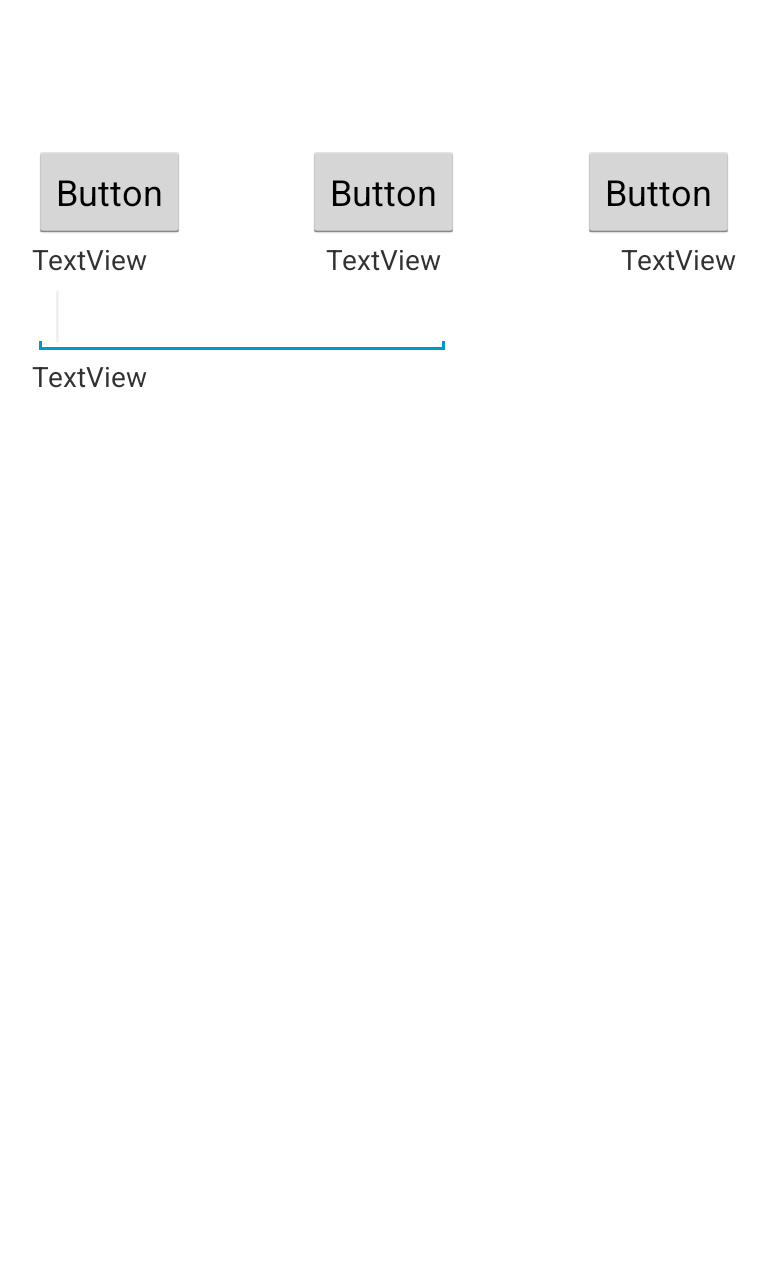
Repository: lukaszgor/mobilki
Layout: LAB6/Cw6/res/layout/activity_main.xml
The author's editor kept a copy of each file at every save. The layout is drawn from the files as they stood at one save, then again after the next save.
It is drawn on a 768 x 1280 px phone screen (xhdpi) without system bars, with theme AppTheme; the app's code is not run.

Above is the layout before, as saved 2020-05-25 18:11:35.

After the next save:
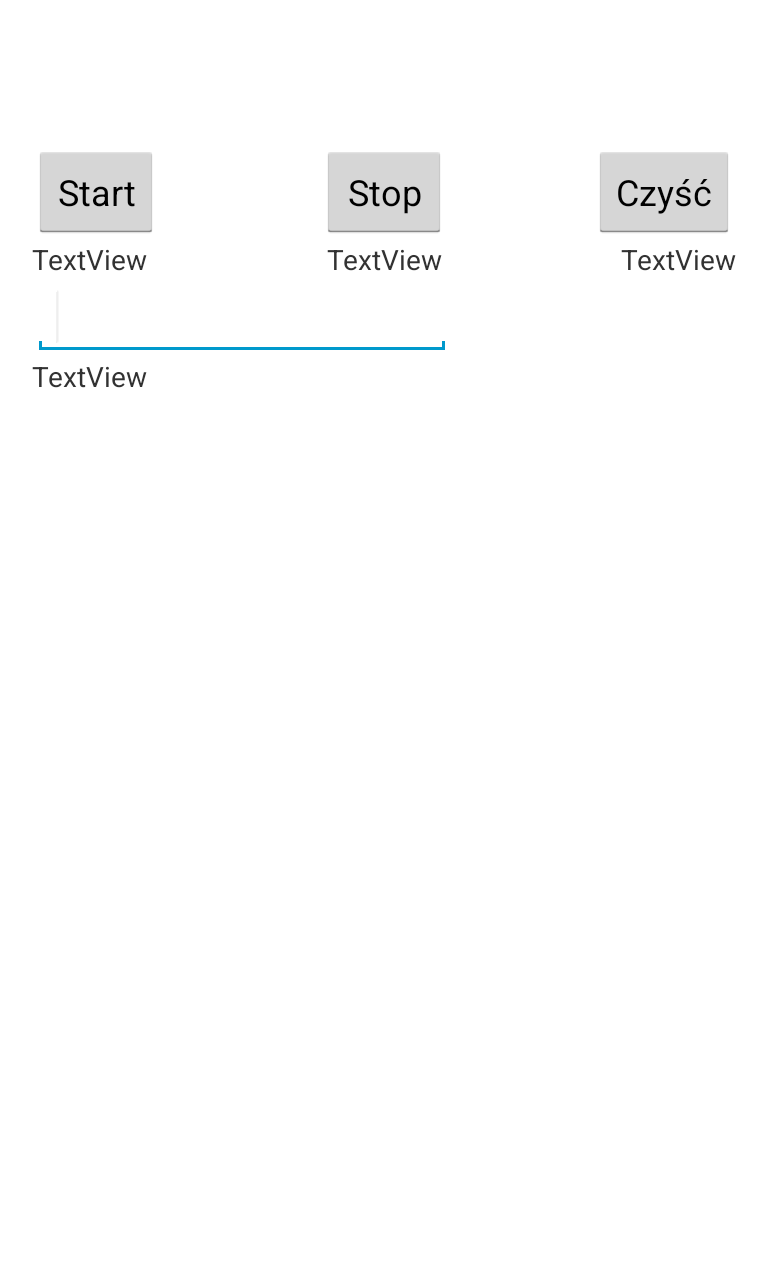
Saved 38 s later.
--- a/LAB6/Cw6/res/layout/activity_main.xml
+++ b/LAB6/Cw6/res/layout/activity_main.xml
@@ -38,21 +38,21 @@
             android:layout_column="0"
             android:layout_gravity="left|top"
             android:layout_row="0"
-            android:text="Button" />
+            android:text="Start" />
 
         <Button
             android:id="@+id/button2"
             android:layout_column="0"
             android:layout_gravity="center_horizontal|top"
             android:layout_row="0"
-            android:text="Button" />
+            android:text="Stop" />
 
         <Button
             android:id="@+id/button3"
             android:layout_column="0"
             android:layout_gravity="right|top"
             android:layout_row="0"
-            android:text="Button" />
+            android:text="Czyść" />
 
         <EditText
             android:id="@+id/editText1"
